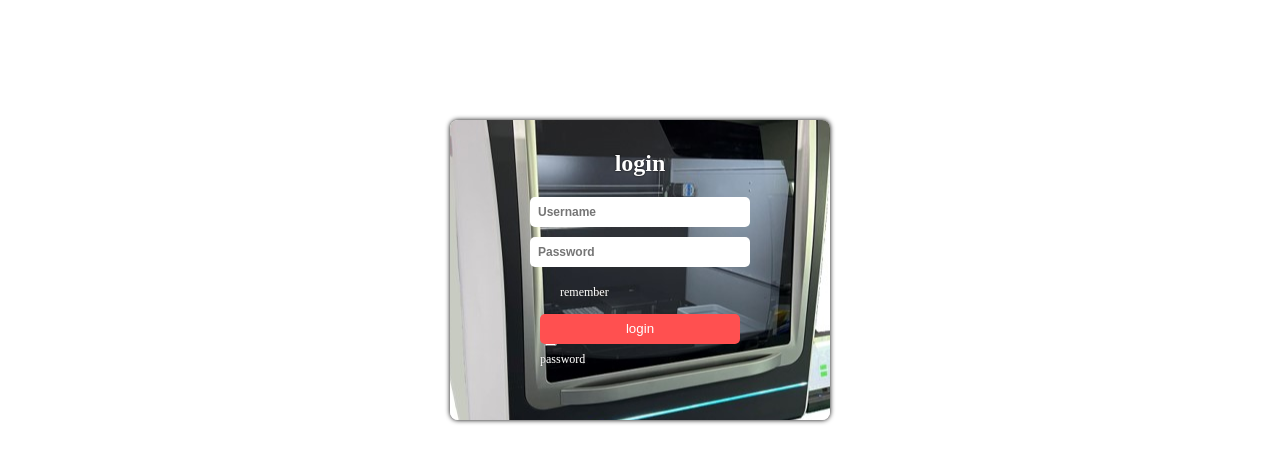
Repository: dnttalk/Ngs_arm1
Page: public/login.html
The author's editor kept a copy of each file at every save. The page is drawn from the files as they stood at one save, then again after the next save.
The browser window is 1280 px wide. The pictures show the whole page.

Above is the page before, as saved 2023-07-07 15:00:07.

After the next save:
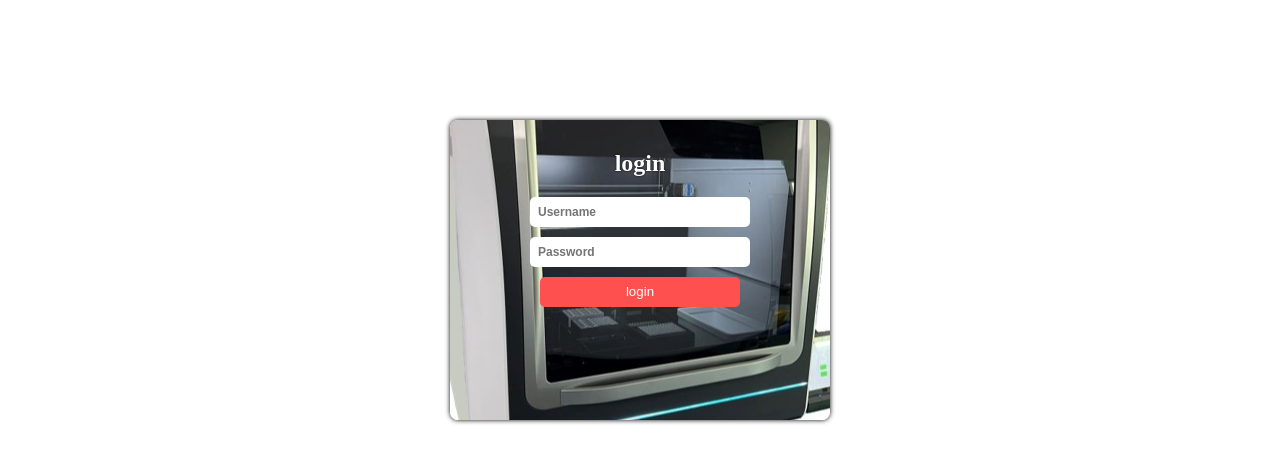
Saved 77 s later.
--- a/public/login.html
+++ b/public/login.html
@@ -102,12 +102,7 @@
             <br />
             <input class="login_input" name="pwd" id="pwd" type="password" placeholder="Password" />
             <br />
-            <div id="remember">
-                <p>
-                    <input type="checkbox" style="vertical-align:-50px;" />remember password
-                </p>
 
-            </div>
             <input id="login" type="submit" value="login" />
 
         </div>
